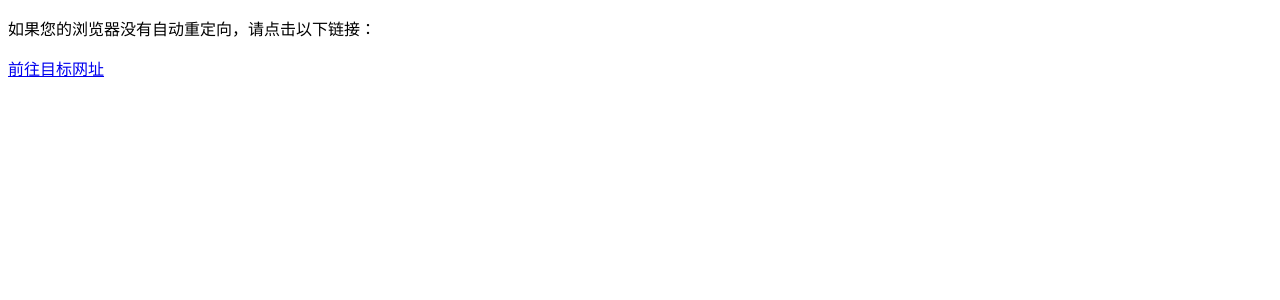
Repository: lulyany/magicprompt_redirect
Page: index.html
An editor plug-in stored every save of this project. The page is shown before and after a run of saves, followed by the edit.
The browser window is 1280 px wide. The pictures show the whole page.

Above is the page before, as saved 2023-12-11 23:29:44.

### index.html
<!DOCTYPE html>
<html>
<head>
    <meta http-equiv="refresh" content="5;url=https://www.example.com">
    <title>Redirecing...</title>
</head>
<body>
    <p>如果您的浏览器没有自动重定向，请点击以下链接：</p>
    <a href="https://www.example.com">前往目标网址</a>
</body>
</html>

After the next 2 saves:
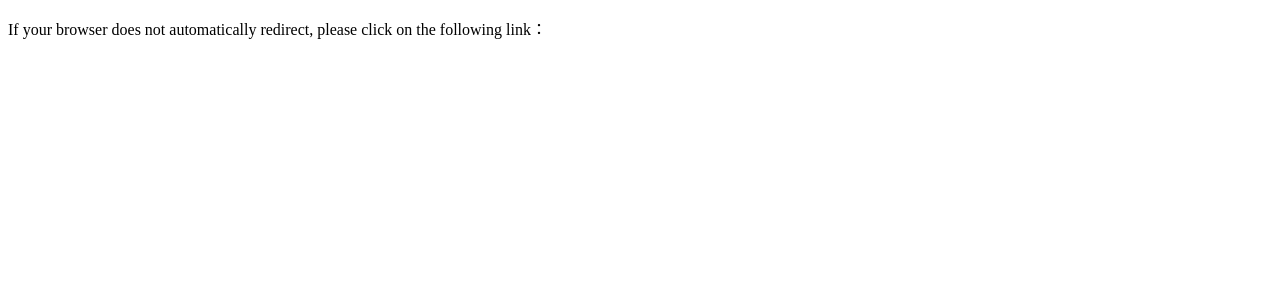
The 2 saves are shown as one change because they came seconds apart.
The last was saved 15 s later.
--- a/index.html
+++ b/index.html
@@ -5,7 +5,7 @@
     <title>Redirecing...</title>
 </head>
 <body>
-    <p>如果您的浏览器没有自动重定向，请点击以下链接：</p>
-    <a href="https://www.example.com">前往目标网址</a>
+    <p>If your browser does not automatically redirect, please click on the following link：</p>
+    <a href="https://www.example.com"></a>
 </body>
 </html>
